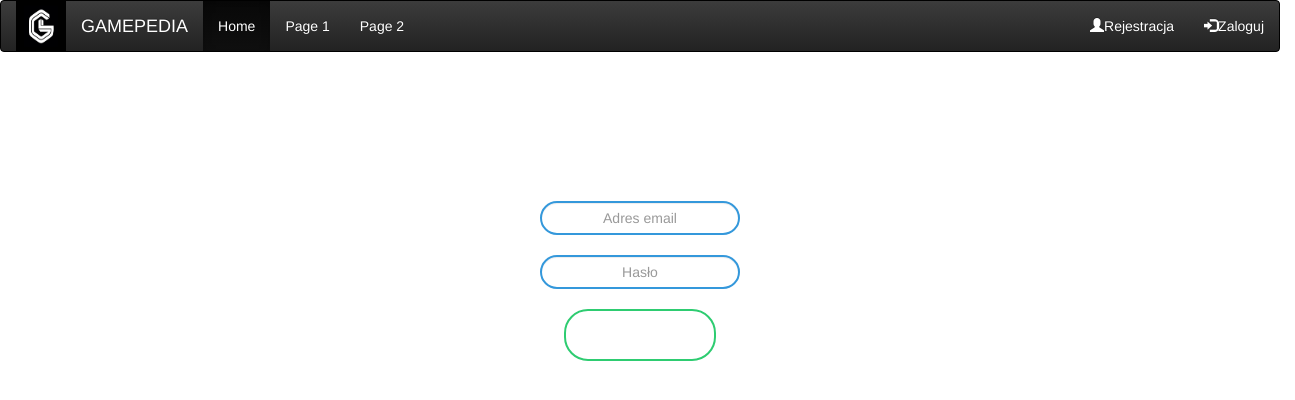
Repository: DaveDavMat/website
Page: http://localhost/logform.php
An editor plug-in stored every save of this project. The page is shown before and after the next save, followed by the edit.
The browser window is 1280 px wide. The page is 1295 px wide, then 1280 px, then 1295 px, so the pictures cover 1295 px, including what lies to the right of the window. The pictures show the whole page.
The page is run by PHP 8.4 with error messages shown; the project is at /var/www/html/. Other server files are loaded and not shown.

Above is the page before, as saved 2018-11-27 18:41:37.

### logform.php
<?php
session_start();
require('nav.php');
?>
<form method="POST" action="zaloguj.php" class="box" role="form">
                             <div>
                                 <h1>Login</h1>
                                  <input type="text" placeholder="Adres email" class="form-control" name="email">
                              </div>
                             <div class="form-group">
                                 <input type="password" placeholder="Hasło" class="form-control" name="password">
                             </div>
                             <input type="submit" class="btn" value="Zaloguj się">

                        </form>

### nav.php
<!doctype html>

<html class="no-js" lang="pl">
    <head>
        <meta charset="utf-8">
        <meta http-equiv="X-UA-Compatible" content="IE=edge,chrome=1">
        <title>GAMEINFO</title>
        <meta name="description" content="">
        <meta name="viewport" content="width=device-width, initial-scale=1">
        <link rel="apple-touch-icon" href="apple-touch-icon.png">
        <link rel="stylesheet" href="css/main.css">

        <link rel="stylesheet" href="css/bootstrap.css">

        <style>
            body {

                padding-bottom: 20px;
            }
        </style>
        <link rel="stylesheet" href="css/bootstrap-theme.min.css">


        <script src="js/vendor/modernizr-2.8.3-respond-1.4.2.min.js"></script>

    </head>
    <body  overflow-y:"scroll;>

    <nav class="navbar navbar-inverse">
  <div class="container-fluid">
    <div class="navbar-header">
      <img src="img/logo.jpg" class="logo">
      <a class="navbar-brand" href="index.php">GAMEPEDIA</a>
    </div>
    <ul class="nav navbar-nav">
      <li class="active"><a href="index.php">Home</a></li>
      <li ><a href="#">Page 1</a></li>
      <li ><a href="#">Page 2</a></li>
    </ul>
       <?php
                if(isset($_SESSION['loginSuccess'])){
                        if($_SESSION['loginSuccess'] == true){

                                echo " <a href='logout.php' class='button1'>Wyloguj!</a>
                                <span style='color:red;' class='loggedin'>Witaj, ".$_SESSION["loginName"]."!</span>";


                        }else{ echo '<ul class="nav navbar-nav navbar-right">
      <li><a href="rejestracja.php"><span class="glyphicon glyphicon-user"></span>Rejestracja</a></li>
      <li><a href="logform.php"><span class="glyphicon glyphicon-log-in"></span>Zaloguj</a></li>
    </ul>';
                          }
                }else{
                  echo '<ul class="nav navbar-nav navbar-right">
      <li><a href="rejestracja.php"><span class="glyphicon glyphicon-user"></span>Rejestracja</a></li>
      <li><a href="logform.php"><span class="glyphicon glyphicon-log-in"></span>Zaloguj</a></li>
    </ul>';

                }
                ?>
  </div>
</nav>



        </div>

### css/main.css


/* ==========================================================================
   Author's custom styles
   ========================================================================== */


.box {
    margin-right: -15px;
    margin-left: -15px;
    margin-top: 7%;
}


html {
    overflow-y:scroll;
}

body { min-height:101%;
 }

#myCarousel{
    margin-top:4%;
}

.loggedin{
float:right;
}

a.button1{
padding:0.35em 1.2em;
border:0.1em solid #000000;
margin:0 0.3em 0.3em 0;
border-radius:0.12em;
box-sizing: border-box;
text-decoration:none;
font-family:'Roboto',sans-serif;
font-weight:300;
color:#000000;
background-color:#FFFFFF;
text-align:center;
transition: all 0.2s;
float:right;
margin-left:20px;
}
a.button1:hover{
color:#FFFFFF;
background-color:#000000;
}
@media all and (max-width:30em){
 a.button1{
display:block;
margin:0.4em auto;
}
}

.logo{
height:50px;
width:50px;
float:left;
margin-right:15px;

}

.navbar{
background-color: #000 !important;

}

.navbar-brand{
color:white;
}


box{
  width: 300px;
  padding: 40px;
  position: absolute;
  top: 50%;
  left: 50%;
  transform: translate(-50%,-50%);
  background: #191919;
  text-align: center;
}
.box h1{
  color: white;
  text-transform: uppercase;
  font-weight: 500;
}
.box input[type = "text"],.box input[type = "password"]{
  border:0;
  background: none;
  display: block;
  margin: 20px auto;
  text-align: center;
  border: 2px solid #3498db;
  padding: 14px 10px;
  width: 200px;
  outline: none;
  color: white;
  border-radius: 24px;
  transition: 0.25s;
}
.box input[type = "text"]:focus,.box input[type = "password"]:focus{
  width: 280px;
  border-color: #2ecc71;
}
.box input[type = "submit"]{
  border:0;
  background: none;
  display: block;
  margin: 20px auto;
  text-align: center;
  border: 2px solid #2ecc71;
  padding: 14px 40px;
  outline: none;
  color: white;
  border-radius: 24px;
  transition: 0.25s;
  cursor: pointer;
}
.box input[type = "submit"]:hover{
  background: #2ecc71;
}

Loaded but not shown: css/bootstrap.css (library); css/bootstrap-theme.min.css (library)

After the next save:
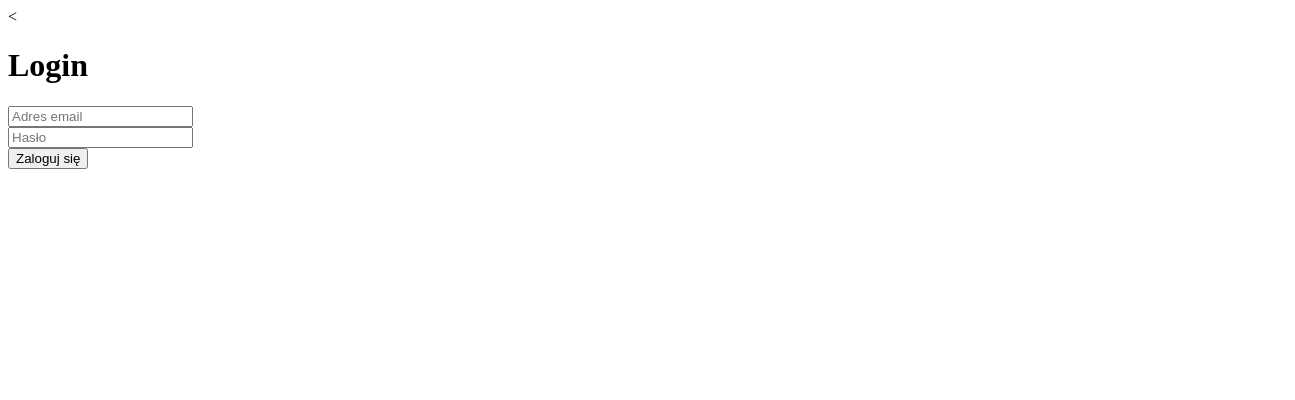
Saved 8 min 0 s later.
--- a/logform.php
+++ b/logform.php
@@ -1,7 +1,4 @@
-<?php
-session_start();
-require('nav.php');
-?>
+<
 <form method="POST" action="zaloguj.php" class="box" role="form">
                              <div>
                                  <h1>Login</h1>

After the save that followed:
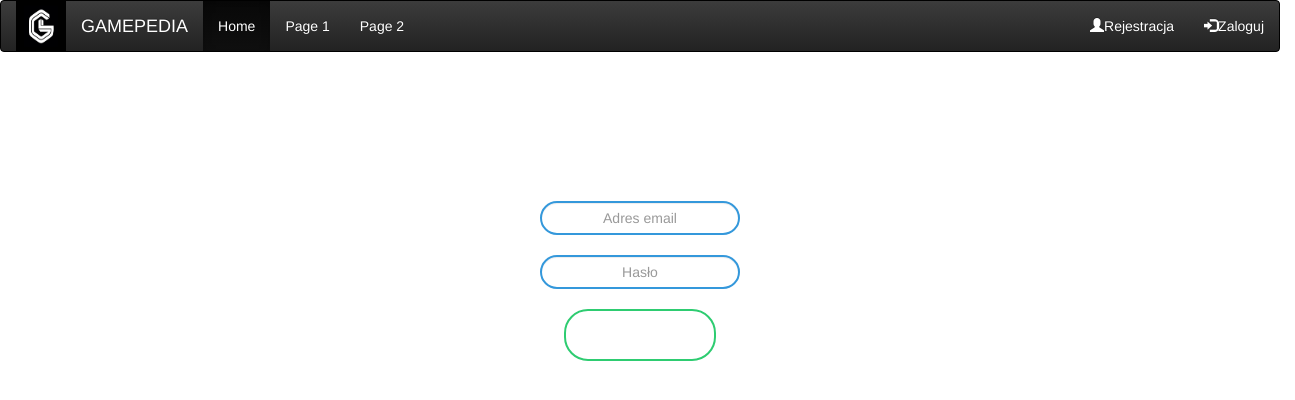
Saved 36 s later.
--- a/logform.php
+++ b/logform.php
@@ -1,4 +1,7 @@
-<
+<?php
+session_start();
+require('nav.php');
+?>
 <form method="POST" action="zaloguj.php" class="box" role="form">
                              <div>
                                  <h1>Login</h1>
